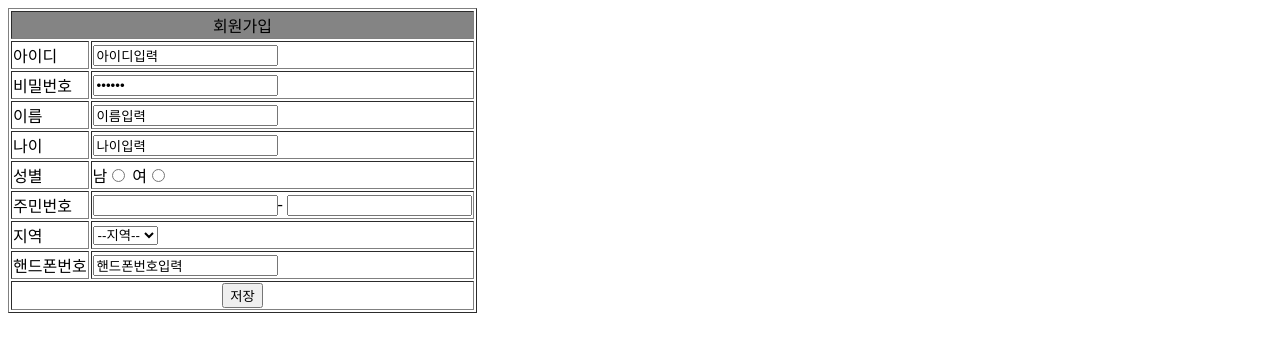
Repository: gunvv00/Java_practice
Page: html_work/html01/WebContent/member.html
An editor plug-in stored every save of this project. The page is shown before and after the next save, followed by the edit.
The browser window is 1280 px wide. The pictures show the whole page.

Above is the page before, as saved 2020-01-02 07:44:14.

### html_work/html01/WebContent/member.html
<!DOCTYPE html>
<html>
<head>
<meta charset="UTF-8">
<title>Insert title here</title>
</head>
<body>
<form action = "member.jsp" method = "post">
	<TABLE Border = 1 height = 100 >
	<tr>
		<td bgcolor = "#848484" align = center colspan = "2">회원가입</td>
	</tr>
	<tr>
		<td>아이디</td>
		<td><input type = "text" name="name" value = "아이디입력"></td>
	</tr>
	<tr>
		<td>비밀번호</td>
		<td><input type = "password" name="name" value = "비밀번호입력"></td>
	</tr>
	<tr>
		<td>이름</td>
		<td><input type = "text" name="name" value = "이름입력"></td>
	</tr>
	<tr>
		<td>나이</td>
		<td><input type = "text" name="age" value = "나이입력"></td>
	</tr>
	<tr>
		<td>성별</td>
		<td>남<input type = "radio" name="gender"/>
			여<input type = "radio" name="gender"/>
		</td>
	</tr>
	<tr>
		<td>주민번호</td>
		<td><input type = "text" name="jumin" value = "">-
		<input type = "password" name="jumin" value = "">
		</td>
	</tr>
	<tr>
		<td>지역</td>
		<td>
		<select name = "location">
		<option value="">--지역--</option>
		<option value="j1">서울</option>
		<option value="j2">경기도</option>
		<option value="j3">전라도</option>
		<option value="j3">충청도</option>
		<option value="j3">경상도</option>
		<option value="j3">제주</option>
		</select>
		</td>
	</tr>
	<tr>
		<td>핸드폰번호</td>
		<td><input type = "text" name="phonenumber" value = "핸드폰번호입력"></td>
	</tr>
	<tr align = "center">
		<td colspan =2 > <input type = "submit" value = "저장"/></td>
	</tr>
	</TABLE>
</body>

</html>

After the next save:
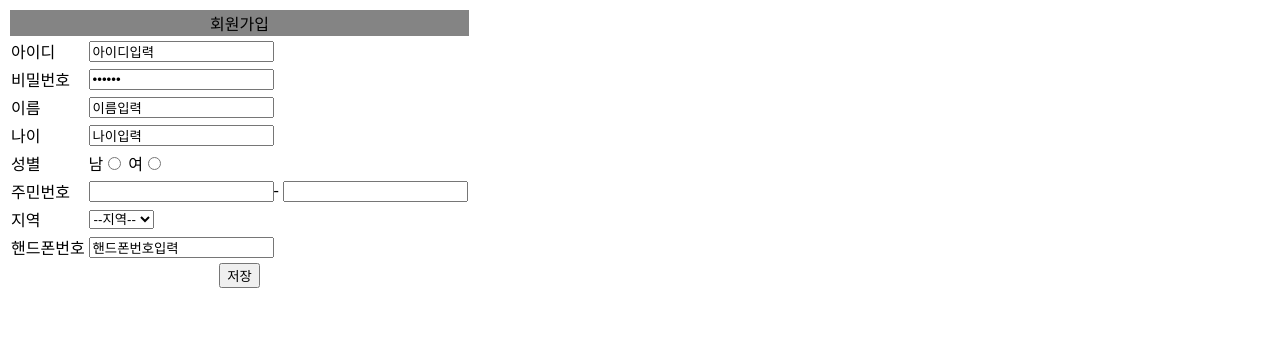
Saved 99 s later.
--- a/html_work/html01/WebContent/member.html
+++ b/html_work/html01/WebContent/member.html
@@ -6,7 +6,7 @@
 </head>
 <body>
 <form action = "member.jsp" method = "post">
-	<TABLE Border = 1 height = 100 >
+	<TABLE Border = 0 height = 100 >
 	<tr>
 		<td bgcolor = "#848484" align = center colspan = "2">회원가입</td>
 	</tr>
